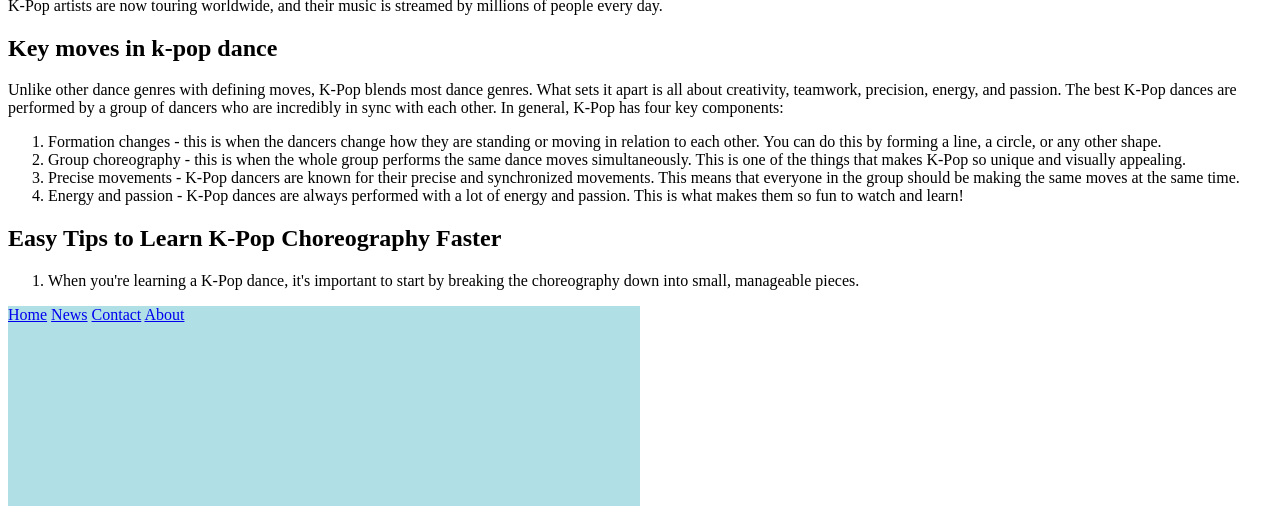
Repository: ivyexo/homework1
Page: index.html
The author's editor kept a copy of each file at every save. The page is drawn from the files as they stood at one save, then again after the next save.
The browser window is 1280 px wide. The pictures show the part of the page from y = 1033 to 1547 px (the page is 1547 px tall before and 1339 px after).
A picture or video elsewhere on the page could not be fetched, so the positions and the page height are approximate.

Above is the page before, as saved 2023-02-04 15:53:36.

### index.html
<!DOCTYPE html>
<html lang="en">
  <head>
    <meta charset="UTF-8" />
    <meta http-equiv="X-UA-Compatible" content="IE=edge" />
    <meta name="viewport" content="width=device-width, initial-scale=1.0" />
    <title>Homework 1</title>
    <link rel="stylesheet" href="./index.css">
  </head>
  <div class="backgroundimage1">
  <h1 class="title">K-pop dancing</h1>
  <h2>Ivy wang</h2>
    <p>feb.2023</p>
  </div>

  <body>
    <h2>History of k-pop</h2>

    <p>
      K-Pop (aka Korean Pop) is a genre of music that has taken the world by
      storm in recent years. Though it originated in South Korea, K-Pop has
      gained a global following, with millions of fans around the world. Let's
      explore the history, get familiar with the key moves of K-Pop dance, and
      learn some easy tips to help you learn the choreography faster. We'll also
      look at some of the most popular K-Pop videos to date and examine one of
      the most popular K-Pop groups today. K-Pop has its origins in the Korean
      music scene of the early 1990s. At that time, various musical genres were
      popular in Korea, including Folk, Rock, Jazz, and Hip Hop. In 1992, Seo
      Taiji and Boys became the first Korean group to achieve success outside of
      Korea with their song "Nan Arayo" ("I Know"). This song is credited with
      starting the Hallyu Wave, which refers to the global popularity of Korean
      pop culture. In the late 1990s and early 2000s, K-Pop grew in popularity,
      with groups like g.o.d., S.E.S., and H.O.T. becoming household names in
      Korea. Around this time, the "idol" group format began to take off, with
      groups like DBSK, Super Junior, and Girls' Generation becoming some of the
      biggest names in K-Pop. Today, K-Pop is more popular than ever, with
      groups like BTS, Blackpink, EXO, and Red Velvet achieving massive global
      success.
    </p>
    <h2>what is k-pop?</h2>
    <p>
      K-Pop, or Korean Pop, is a Korean music genre that draws on a wide range
      of popular music styles. Some of these styles include Hip Hop, Pop, R&B,
      Electronic Dance Music (EDM), etc. However, one of the key things that
      sets K-Pop apart from other music styles is the focus on choreography. In
      most K-Pop videos, you'll see the artists dancing in sync — often doing
      very complicated and precise moves.

      <a href="https://www.youtube.com/watch?v=I3dezFzsNss"><img src="https://i.ytimg.com/vi/I3dezFzsNss/maxresdefault.jpg" alt="video from exo" width="400"></a>
      <a href=""></a>
      <p>
      K-Pop artists are now touring
      worldwide, and their music is streamed by millions of people every day.</p>

    </p>
    <h2>Key moves in k-pop dance</h2>
    <p>
      Unlike other dance genres with defining moves, K-Pop blends most dance
      genres. What sets it apart is all about creativity, teamwork, precision,
      energy, and passion. The best K-Pop dances are performed by a group of
      dancers who are incredibly in sync with each other. In general, K-Pop has
      four key components:
    </p>
    <ol>
      <li>
        Formation changes - this is when the dancers change how they are
        standing or moving in relation to each other. You can do this by forming
        a line, a circle, or any other shape.
      </li>
      <li>
        Group choreography - this is when the whole group performs the same
        dance moves simultaneously. This is one of the things that makes K-Pop
        so unique and visually appealing.
      </li>
      <li>
        Precise movements - K-Pop dancers are known for their precise and
        synchronized movements. This means that everyone in the group should be
        making the same moves at the same time.
      </li>
      <li>
        Energy and passion - K-Pop dances are always performed with a lot of
        energy and passion. This is what makes them so fun to watch and learn!
      </li>
    </ol>
    <h2>Easy Tips to Learn K-Pop Choreography Faster</h2>
    <ol>
        <li>When you're learning a K-Pop dance, it's important to start by breaking the choreography down into small, manageable pieces.</li>
    </ol>

    <div class="topnav">
  <a class="active" href="#home">Home</a>
  <a href="#news">News</a>
  <a href="#contact">Contact</a>
  <a href="#about">About</a>
</div>

  </body>
</html>

### index.css
p {
  color: 250, 250, 250;
}

.title {
  color: #f8c7cc;
  text-align: center;
  margin: 0 0 50px 0;
}

.backgroundimage1 {
  color: #f8c7cc;
  background-color: aqua;
  height: 800px;
  background-image: url(https://channel-korea.com/wp-content/uploads/2020/01/kpop-logo.jpg);
  height: 300px;
  border-style: outset;
  padding: 25px 50px 75px;
}

div {
  height: 200px;
  width: 50%;
  background-color: powderblue;
}

After the next save:
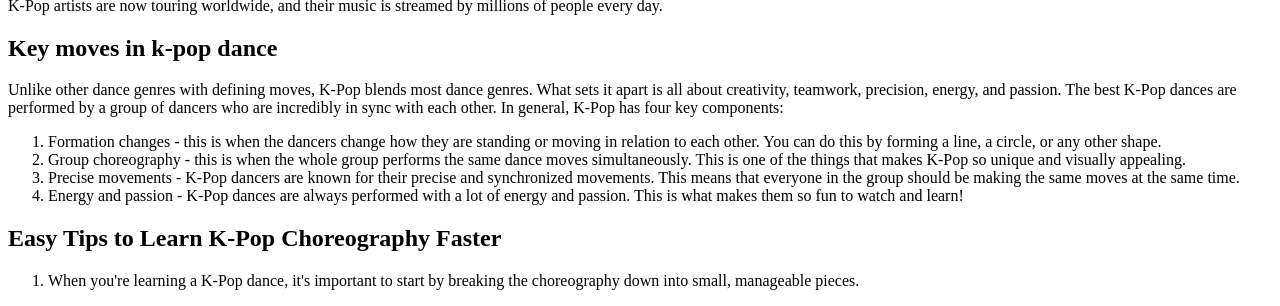
Saved 34 s later.
--- a/index.html
+++ b/index.html
@@ -87,12 +87,12 @@
         <li>When you're learning a K-Pop dance, it's important to start by breaking the choreography down into small, manageable pieces.</li>
     </ol>
 
-    <div class="topnav">
+    <!-- <div class="topnav">
   <a class="active" href="#home">Home</a>
   <a href="#news">News</a>
   <a href="#contact">Contact</a>
   <a href="#about">About</a>
-</div>
+</div> -->
 
   </body>
 </html>
